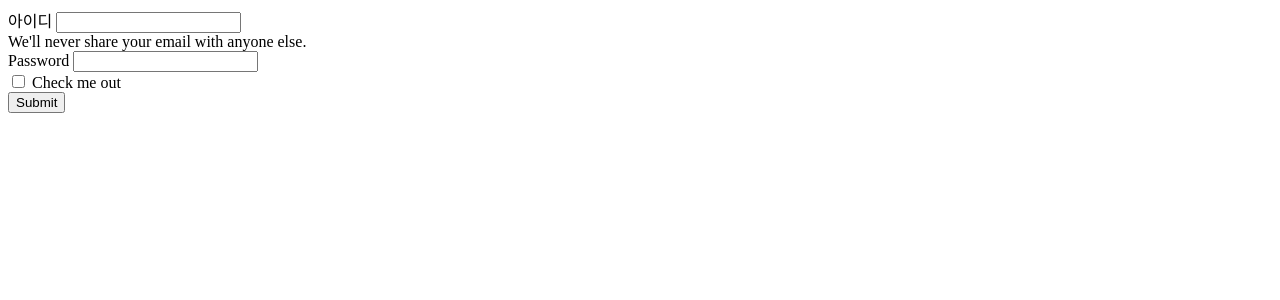
Repository: bbqju13/homework230616
Page: http://localhost/zip/
An editor plug-in stored every save of this project. The page is shown before and after the next save, followed by the edit.
The browser window is 1280 px wide. The pictures show the whole page.
The page is served by Tomcat 9. Other server files are loaded and not shown.

Above is the page before, as saved 2023-06-16 05:23:31.

### zip/src/main/webapp/WEB-INF/views/home.jsp
<%@ page language="java" contentType="text/html; charset=UTF-8"
	pageEncoding="UTF-8"%>
<%@ taglib uri="http://java.sun.com/jsp/jstl/core" prefix="c"%>
<%@ page session="false"%>
<html>
<script
	src="https://cdn.jsdelivr.net/npm/@popperjs/core@2.11.8/dist/umd/popper.min.js"
	integrity="sha384-I7E8VVD/ismYTF4hNIPjVp/Zjvgyol6VFvRkX/vR+Vc4jQkC+hVqc2pM8ODewa9r"
	crossorigin="anonymous"></script>
<script
	src="https://cdn.jsdelivr.net/npm/bootstrap@5.3.0/dist/js/bootstrap.min.js"
	integrity="sha384-fbbOQedDUMZZ5KreZpsbe1LCZPVmfTnH7ois6mU1QK+m14rQ1l2bGBq41eYeM/fS"
	crossorigin="anonymous"></script>
<head>
<title>로그인</title>
</head>
<body>
	<form>
		<div class="mb-3">
			<label for="exampleInputEmail1" class="form-label">아이디</label> <input type="text" class="form-control"
				id="exampleInputEmail1" aria-describedby="emailHelp">
			<div id="emailHelp" class="form-text">We'll never share your
				email with anyone else.</div>
		</div>
		<div class="mb-3">
			<label for="exampleInputPassword1" class="form-label">Password</label>
			<input type="password" class="form-control"
				id="exampleInputPassword1">
		</div>
		<div class="mb-3 form-check">
			<input type="checkbox" class="form-check-input" id="exampleCheck1">
			<label class="form-check-label" for="exampleCheck1">Check me
				out</label>
		</div>
		<button type="submit" class="btn btn-primary">Submit</button>
	</form>
</body>
</html>

After the next save:
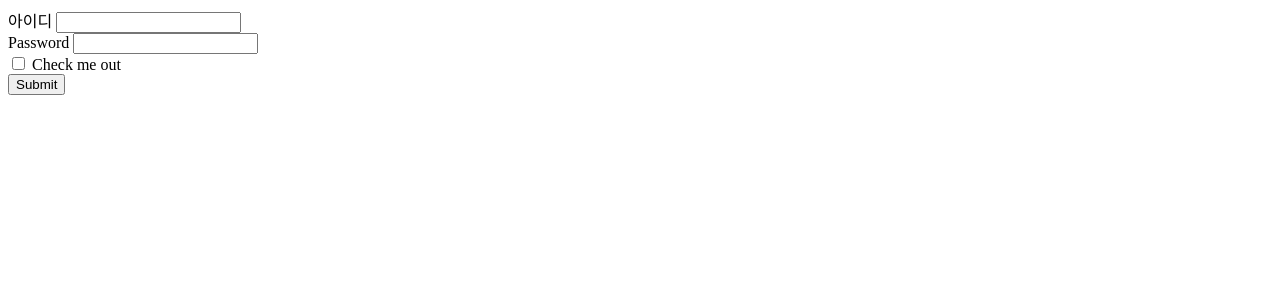
Saved 33 s later.
--- a/zip/src/main/webapp/WEB-INF/views/home.jsp
+++ b/zip/src/main/webapp/WEB-INF/views/home.jsp
@@ -19,8 +19,6 @@
 		<div class="mb-3">
 			<label for="exampleInputEmail1" class="form-label">아이디</label> <input type="text" class="form-control"
 				id="exampleInputEmail1" aria-describedby="emailHelp">
-			<div id="emailHelp" class="form-text">We'll never share your
-				email with anyone else.</div>
 		</div>
 		<div class="mb-3">
 			<label for="exampleInputPassword1" class="form-label">Password</label>
